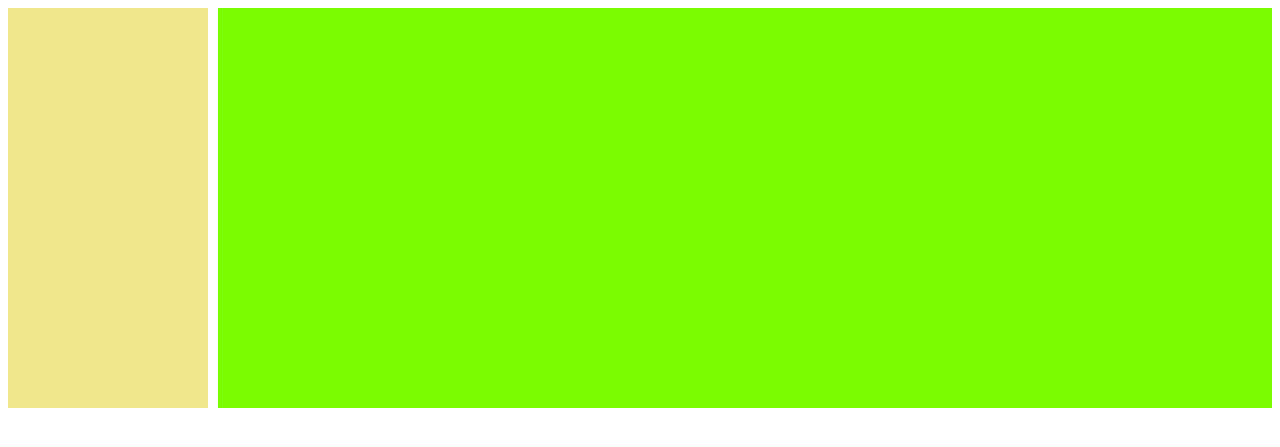
Repository: xzm1997/huntjob
Page: 面试/常见问题/practice/practice_2.html
An editor plug-in stored every save of this project. The page is shown before and after the next save, followed by the edit.
The browser window is 1280 px wide. The pictures show the whole page.

Above is the page before, as saved 2022-06-14 08:57:41.

After the next save:
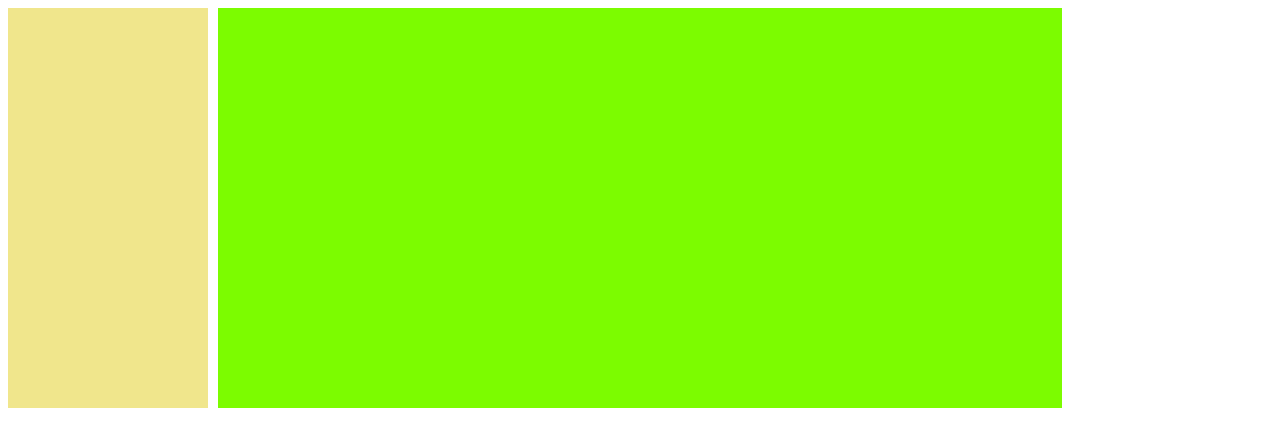
Saved 16 s later.
--- a/面试/常见问题/practice/practice_2.html
+++ b/面试/常见问题/practice/practice_2.html
@@ -13,6 +13,7 @@
         .middle {
             height:400px;
             margin-left: 210px;
+            margin-right: 210px;
             background: lawngreen;
         }
         .left {
